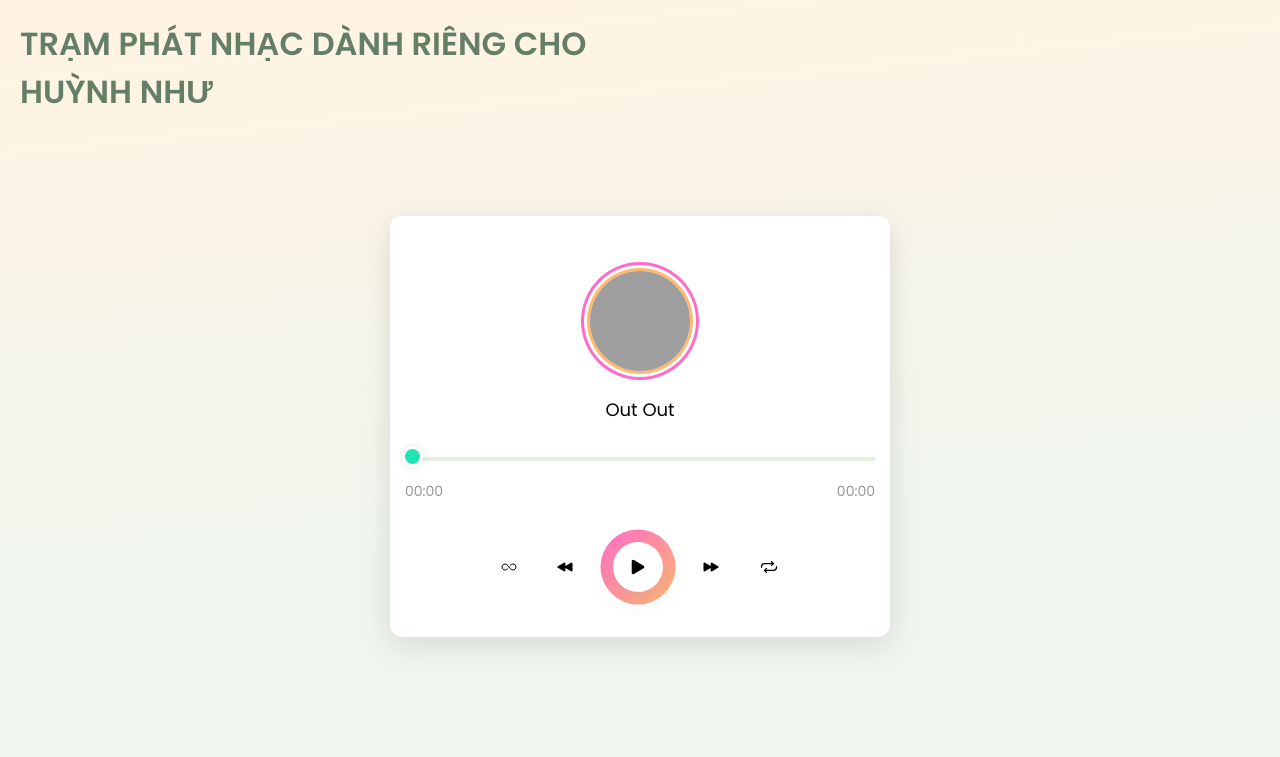
Repository: VuTuanAnh0949/Mp3
Page: index.html
An editor plug-in stored every save of this project. The page is shown before and after a run of saves, followed by the edit.
The browser window is 1280 px wide. The pictures show the whole page.
Pictures or frames that could not be fetched are drawn as grey boxes.

Above is the page before, as saved 2022-09-25 15:00:11.

After the next 2 saves:
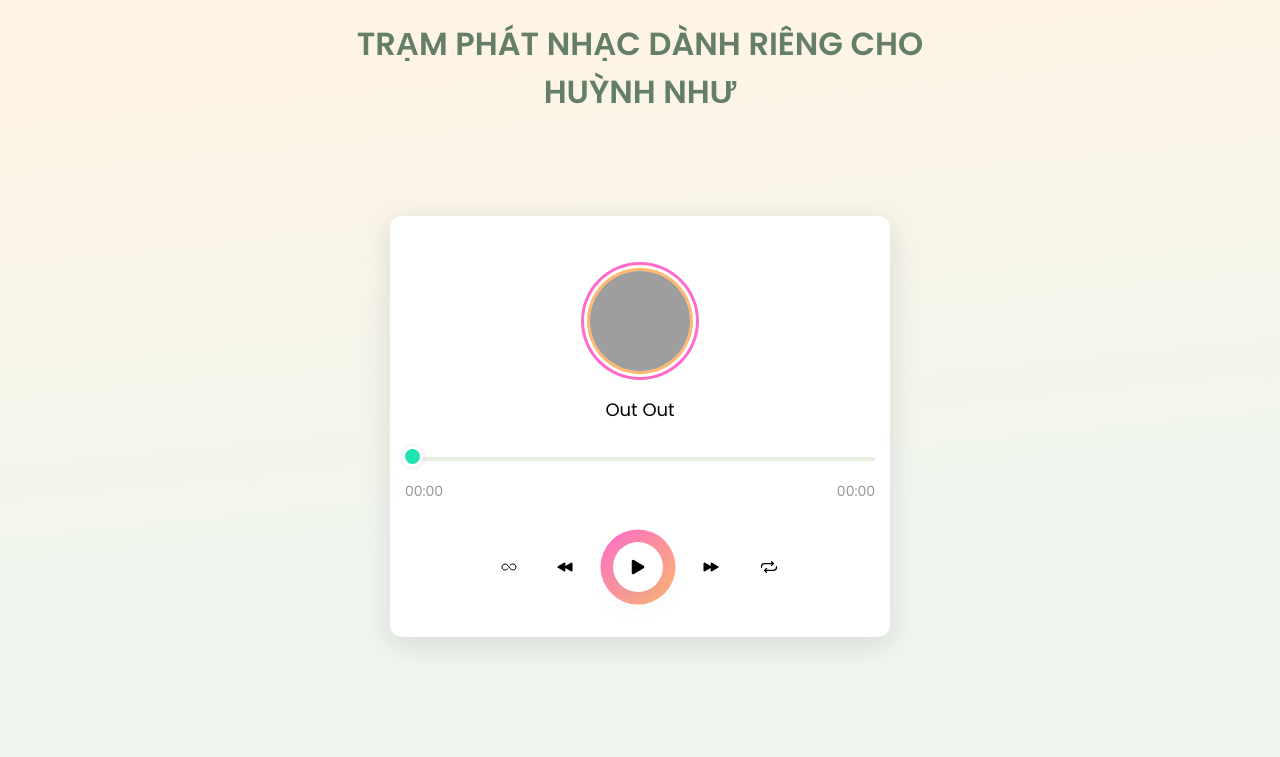
The 2 saves are shown as one change because they came seconds apart.
The last was saved 46 s later.
--- a/app.css
+++ b/app.css
@@ -43,7 +43,7 @@ html {
   display: inline;
   align-items: center;
   justify-content: center;;
-
+  text-align: center;;
  }
   .music {
     max-width: 500px;
